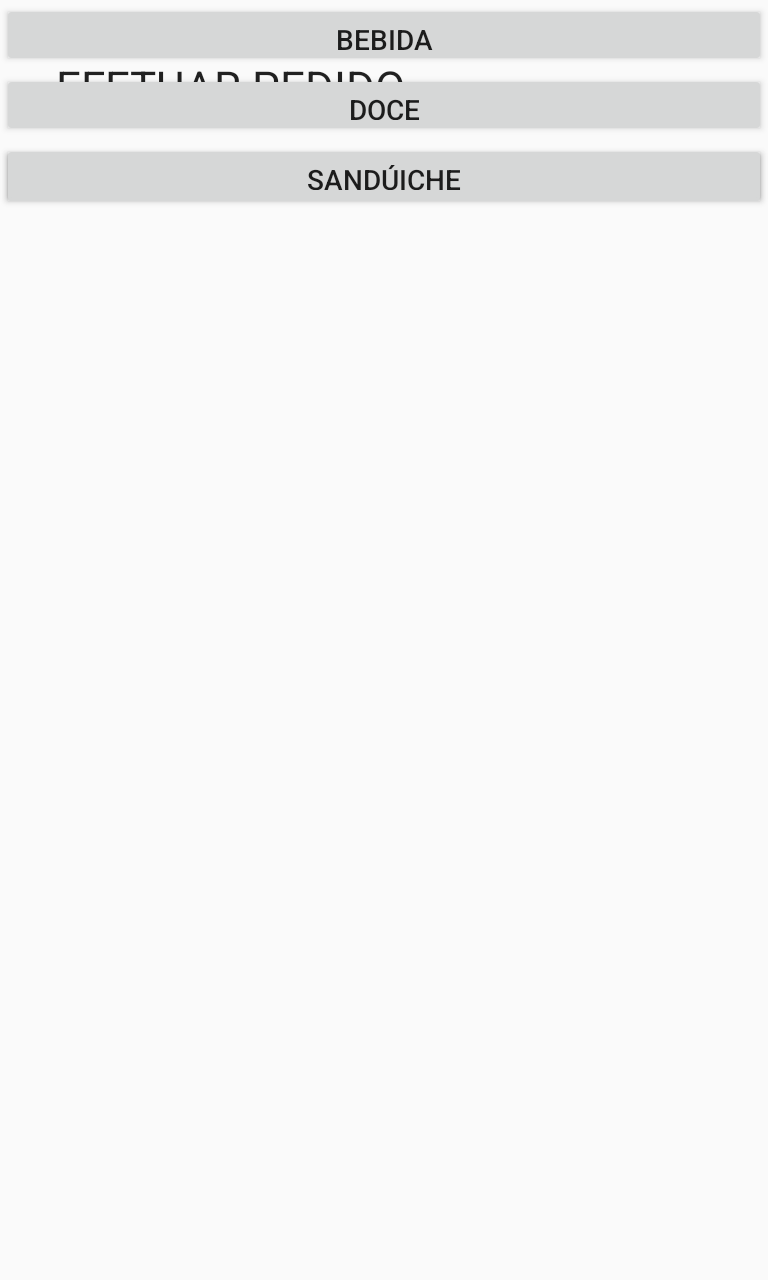
Repository: LucasSampaio/SysPizza-PSI
Layout: CodigoFonte/MOBILE/SysPizza/res/layout/activity_efetuar_pedido.xml
The author's editor kept a copy of each file at every save. The layout is drawn from the files as they stood at one save, then again after the next save.
It is drawn on a 768 x 1280 px phone screen (xhdpi) without system bars, with theme AppTheme; the app's code is not run.

Above is the layout before, as saved 2014-09-25 13:06:00.

### CodigoFonte/MOBILE/SysPizza/res/layout/activity_efetuar_pedido.xml
<?xml version="1.0" encoding="utf-8"?>
<RelativeLayout xmlns:android="http://schemas.android.com/apk/res/android"
    android:layout_width="match_parent"
    android:layout_height="match_parent"
    android:orientation="vertical" >

    <TextView
        android:id="@+id/textView1"
        android:layout_width="wrap_content"
        android:layout_height="wrap_content"
        android:layout_alignParentLeft="true"
        android:layout_alignParentTop="true"
        android:layout_marginLeft="28dp"
        android:layout_marginTop="28dp"
        android:text="EFETUAR PEDIDO"
        android:textAppearance="?android:attr/textAppearanceLarge" />

    <Button
        android:id="@+id/btPizzaEfetuarPedido"
        android:layout_width="fill_parent"
        android:layout_height="35dp"
        android:layout_below="@+id/textView1"
        android:layout_centerHorizontal="true"
        android:layout_marginTop="14dp"
        android:text="Pizza" />

    <Button
        android:id="@+id/Button01"
        android:layout_width="fill_parent"
        android:layout_height="35dp"
        android:layout_alignParentLeft="true"
        android:layout_below="@+id/button2"
        android:text="Doce" />

    <Button
        android:id="@+id/button2"
        android:layout_width="fill_parent"
        android:layout_height="35dp"
        android:layout_alignParentLeft="true"
        android:layout_below="@+id/button1"
        android:text="Bebida" />

    <Button
        android:id="@+id/Button02"
        android:layout_width="fill_parent"
        android:layout_height="35dp"
        android:layout_alignParentLeft="true"
        android:layout_below="@+id/Button01"
        android:text="Sandúiche" />

</RelativeLayout>

Loaded but not shown: CodigoFonte/MOBILE/SysPizza/res/values/styles.xml (common file); CodigoFonte/MOBILE/SysPizza/res/values-v11/styles.xml (common file); CodigoFonte/MOBILE/SysPizza/res/values-v14/styles.xml (common file)

After the next save:
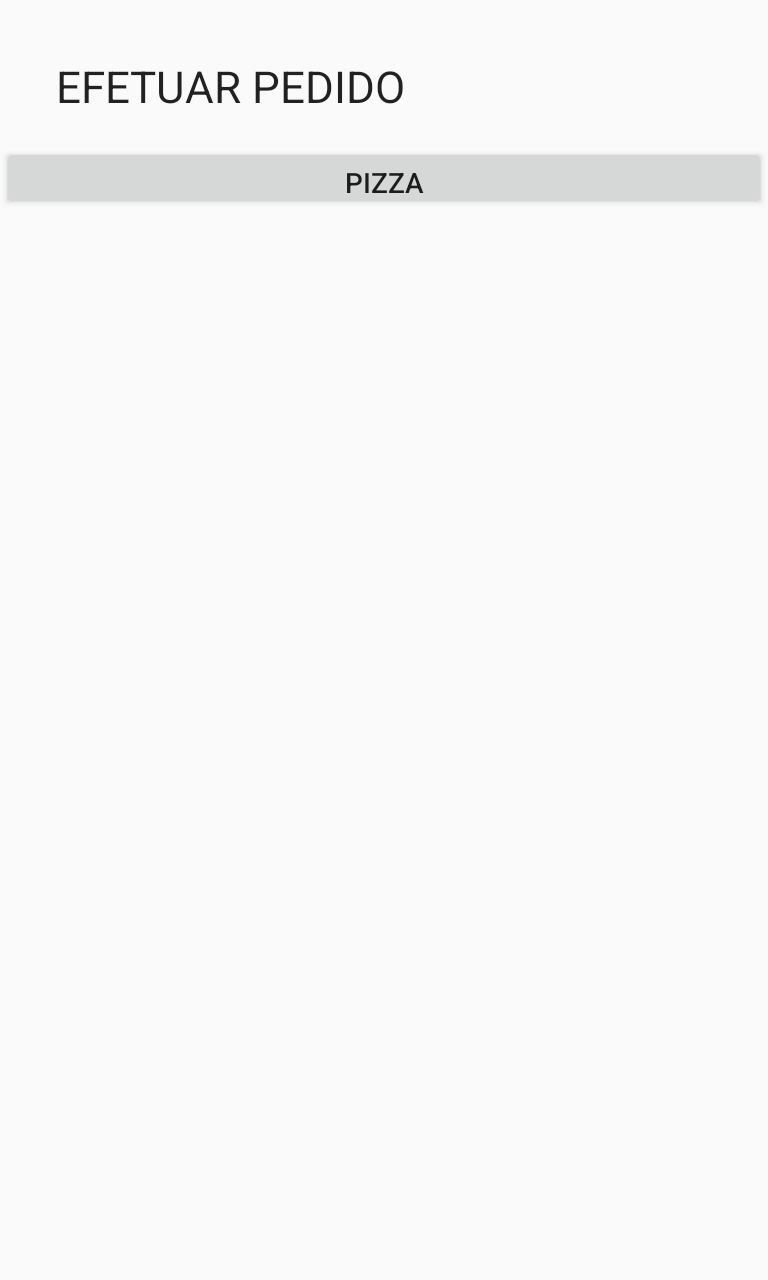
Saved 48 s later.
--- a/CodigoFonte/MOBILE/SysPizza/res/layout/activity_efetuar_pedido.xml
+++ b/CodigoFonte/MOBILE/SysPizza/res/layout/activity_efetuar_pedido.xml
@@ -24,28 +24,4 @@
         android:layout_marginTop="14dp"
         android:text="Pizza" />
 
-    <Button
-        android:id="@+id/Button01"
-        android:layout_width="fill_parent"
-        android:layout_height="35dp"
-        android:layout_alignParentLeft="true"
-        android:layout_below="@+id/button2"
-        android:text="Doce" />
-
-    <Button
-        android:id="@+id/button2"
-        android:layout_width="fill_parent"
-        android:layout_height="35dp"
-        android:layout_alignParentLeft="true"
-        android:layout_below="@+id/button1"
-        android:text="Bebida" />
-
-    <Button
-        android:id="@+id/Button02"
-        android:layout_width="fill_parent"
-        android:layout_height="35dp"
-        android:layout_alignParentLeft="true"
-        android:layout_below="@+id/Button01"
-        android:text="Sandúiche" />
-
 </RelativeLayout>
